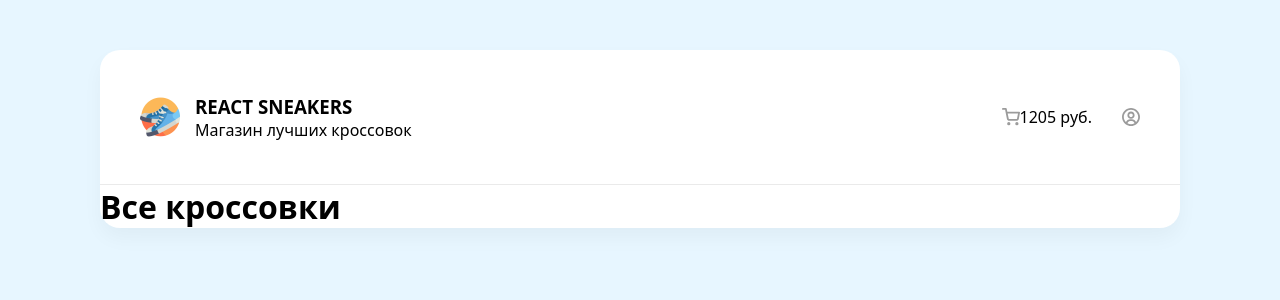
Repository: VaheHarutyunyan/react-sneakers
Page: /
An editor plug-in stored every save of this project. The page is shown before and after the next save, followed by the edit.
The browser window is 1280 px wide. The pictures show the whole page.
The project was rebuilt for these pictures with package versions that can differ from the ones it lists, and the page was loaded fresh each time.

Above is the page before, as saved 2021-07-22 13:02:40.

After the next save:
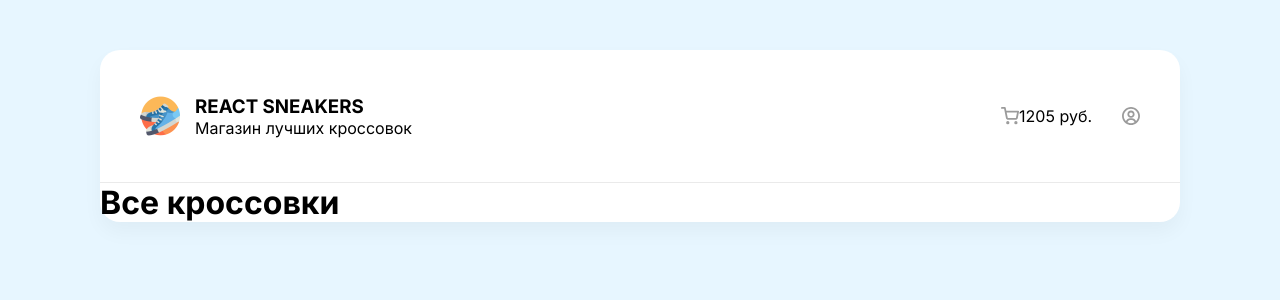
Saved 19 s later.
--- a/src/index.scss
+++ b/src/index.scss
@@ -2,7 +2,7 @@
 
 body {
   margin: 0;
-  font-family: system-ui;
+  font-family:'Inter', system-ui;
   -webkit-font-smoothing: antialiased;
   -moz-osx-font-smoothing: grayscale;
   background: #E7F6FF;
